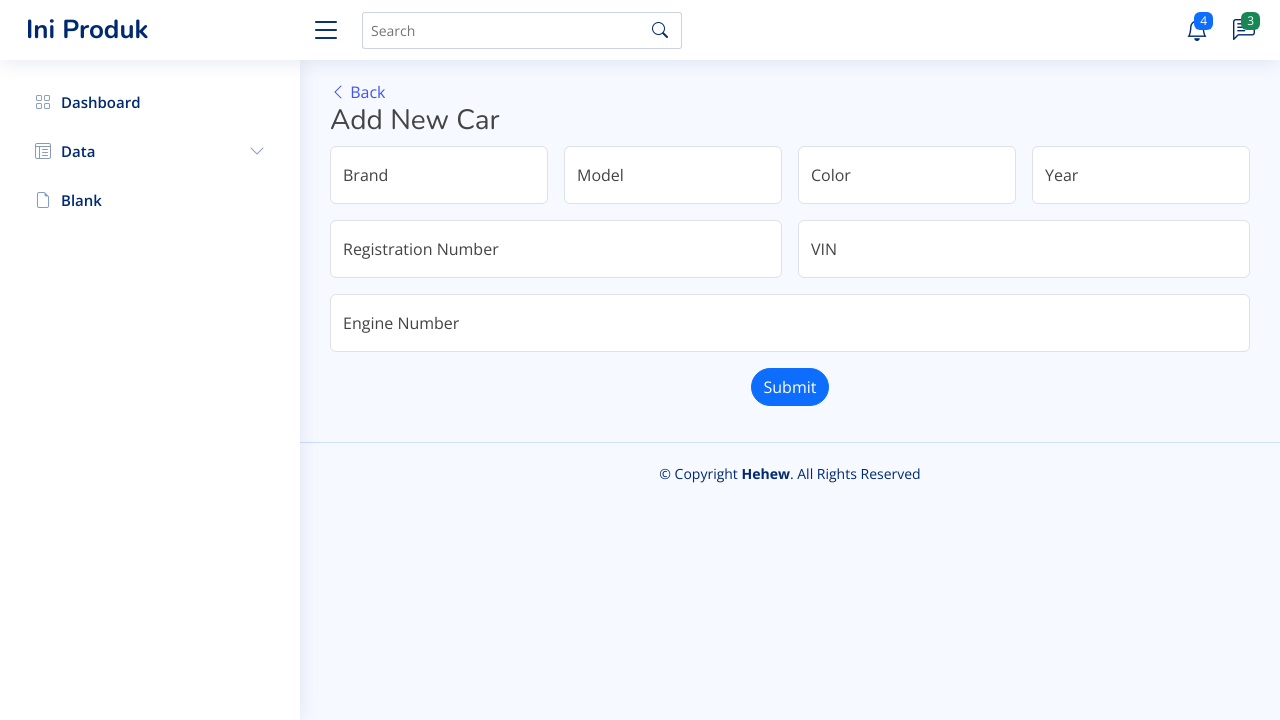
Repository: Jistoper/car_rental
Page: http://localhost/create
The author's editor kept a copy of each file at every save. The page is drawn from the files as they stood at one save, then again after the next save.
The browser window is 1280 px wide. The pictures show the whole page.
The page is served by the project's Laravel application, run on PHP 8.4 with Laravel 9. Other server files are loaded and not shown.

Above is the page before, as saved 2023-06-25 15:07:33.

### routes/web.php
<?php

use Illuminate\Support\Facades\Route;
use App\Http\Controllers\carcontroller;

/*
|--------------------------------------------------------------------------
| Web Routes
|--------------------------------------------------------------------------
|
| Here is where you can register web routes for your application. These
| routes are loaded by the RouteServiceProvider within a group which
| contains the "web" middleware group. Now create something great!
|
*/

Route::get('/dashboard', function () {
    return view('backsite.dashboard');
})->name('dashboard');

Route::controller(CarController::class)->as('car.')->group(function(){
    Route::get('/car', 'getall')->name('getall');
    Route::get('/create', 'create')->name('create');
    Route::post('/create', 'storeCar')->name('store');
    Route::get('/edit', 'editView')->name('edit');
    Route::post('/edit', 'storeEdit')->name('storeEdit');
    Route::delete('/{$car_id}', 'delete')->name('delete');

    Route::get('/rent', 'getList')->name('getList');
    Route::get('/rent_car', 'rentView')->name('rentView');
    Route::post('/car/rent/{$car_id}', 'storeRent')->name('storeRent');
});

### app/Http/Controllers/carcontroller.php
<?php

namespace App\Http\Controllers;

use Illuminate\Http\Request;
use Illuminate\Support\Facades\Http;
use Illuminate\Support\Facades\View;


class CarController extends Controller
{
    // Start Car Data---------------------------------------------------------------------------------------
    public function getall()
    {
        $response = Http::get('http://localhost:8080/api/cars');
        $cars = json_decode($response, true);

        return view('backsite.content.car.cartable', ['Cars' => $cars['Cars']]);
    }

    public function create()
    {
        return view('backsite.content.car.createcar');
    }

    public function storeCar(Request $request)
    {
        $data = [
            "brand" => $request->brand,
            "model" => $request->model,
            "year" => intval($request->year),
            "registration_number" => $request->registration_number,
            "vin" => $request->vin,
            "engine_number" => $request->engine_number,
            "color" => $request->color,
            "is_available" => true
        ];

        $token = "eyJhbGciOiJIUzI1NiIsInR5cCI6IkpXVCJ9.eyJleHAiOjE2ODkxNjgwMjMsInN1YiI6InRlc3QxMiJ9.-ezLSqJzIuUbum_p1NXeInNHkG953SP_4fMdbOgrlUo"; // Replace with your actual auth token

        $response = Http::withHeaders([
            "Authorization" => "Bearer " . $token,
            "Content-Type" => "application/json",
        ])->post('http://localhost:8080/api/cars', $data);

        return redirect()->route('car.getall');
    }

    public function editView(Request $request)
    {
        $data = [
            "car_id" => $request->car_id,
            "brand" => $request->brand,
            "model" => $request->model,
            "year" => $request->year,
            "registration_number" => $request->registration_number,
            "vin" => $request->vin,
            "engine_number" => $request->engine_number,
            "color" => $request->color,
        ];

        return view('backsite.content.car.editcar')->with('data', $data);
    }

    public function storeEdit(Request $request)
    {
        $car_id = $request->input('car_id');

        $data = [
            "brand" => $request->brand,
            "model" => $request->model,
            "year" => intval($request->year),
            "registration_number" => $request->registration_number,
            "vin" => $request->vin,
            "engine_number" => $request->engine_number,
            "color" => $request->color,
            "is_available" => true
        ];

        $token = "eyJhbGciOiJIUzI1NiIsInR5cCI6IkpXVCJ9.eyJleHAiOjE2ODkxNjgwMjMsInN1YiI6InRlc3QxMiJ9.-ezLSqJzIuUbum_p1NXeInNHkG953SP_4fMdbOgrlUo"; // Replace with your actual auth token

        $response = Http::withHeaders([
            "Authorization" => "Bearer " . $token,
            "Content-Type" => "application/json",
        ])->put('http://localhost:8080/api/cars/' . $car_id, $data);

        return redirect()->route('car.getall');
    }

    public function delete(Request $request)
    {
        $car_id = $request->input('car_id');

        $data = [
            "id" => $car_id,
        ];

        $token = "eyJhbGciOiJIUzI1NiIsInR5cCI6IkpXVCJ9.eyJleHAiOjE2ODkxNjgwMjMsInN1YiI6InRlc3QxMiJ9.-ezLSqJzIuUbum_p1NXeInNHkG953SP_4fMdbOgrlUo";

        $response = Http::withHeaders([
            "Authorization" => "Bearer " . $token,
            "Content-Type" => "application/json",
        ])->delete('http://localhost:8080/api/cars', $data);

        return redirect()->back()->with('success', 'Car data deleted successfully.');
    }
    // End Car Data

    // Start Rent Data----------------------------------------------------------------------------------
    public function getList()
    {
        $response = Http::get('http://localhost:8080/api/cars');
        $cars = json_decode($response, true);

        return view('backsite.content.rent.renttable', ['Cars' => $cars['Cars']]);
    }

    public function rentView(Request $request)
    {
        $data = [
            "car_id" => $request->car_id,
            "brand" => $request->brand,
            "model" => $request->model,
            "registration_number" => $request->registration_number,
            "color" => $request->color,
        ];

        return view('backsite.content.rent.createrent')->with('data', $data);
    }

    public function storeRent(Request $request)
    {
        $data = [
            "user_id" => 2,
            "car_id" => $request->input('car_id'),
            "usage_region" => $request->usage_region,
            "rental_date" => $request->registration_number,
            "return_date" => $request->vin,
            "total_price" => $request->total_price,
            "is_completed" => false
        ];

        $token = "eyJhbGciOiJIUzI1NiIsInR5cCI6IkpXVCJ9.eyJleHAiOjE2ODkxNjgwMjMsInN1YiI6InRlc3QxMiJ9.-ezLSqJzIuUbum_p1NXeInNHkG953SP_4fMdbOgrlUo"; // Replace with your actual auth token

        $response = Http::withHeaders([
            "Authorization" => "Bearer " . $token,
            "Content-Type" => "application/json",
        ])->put('http://localhost:8080/api/cars/' . $car_id, $data);

        return redirect()->route('car.getlist');
    }
    // End Rent Data
}

### resources/views/backsite/content/car/createcar.blade.php
@extends('backsite.dashboard')

@section('content')

<div>
    <div class="md-3">
        <div class="col-md-6">
          <a href="{{ route('car.getall') }}" class="btn-danger bi-chevron-left hover:text-red"> Back</a>
        </div>
        <div class="col-md-6">
          <h3 class="form-floating">
              Add New Car
          </h3>
        </div>
    </div>
    <form action="{{ route('car.store') }}" method="POST" class="row g-3">
        @csrf
        <div class="col-md-3">
            <div class="form-floating">
                <input type="text" name="brand" id="brand" class="form-control @error('brand') border-red-500 @enderror" value="{{ old('brand') }}" placeholder="Brand">
                <label for="brand">Brand</label>
            </div>
        </div>
        <div class="col-md-3">
            <div class="form-floating">
              <input type="text" name="model" id="model" class="form-control @error('model') border-red-500 @enderror" value="{{ old('model') }}" placeholder="Model">
              <label for="model">Model</label>
            </div>
        </div>
        <div class="col-md-3">
            <div class="form-floating">
                <input type="text" name="color" id="color" class="form-control @error('color') border-red-500 @enderror" value="{{ old('color') }}" placeholder="Color">
                <label for="color">Color</label>
            </div>
        </div>
        <div class="col-md-3">
            <div class="form-floating">
                <input type="text" name="year" id="year" class="form-control @error('year') border-red-500 @enderror" value="{{ old('year') }}" placeholder="Year">
                <label for="year">Year</label>
            </div>
        </div>
        <div class="col-md-6">
          <div class="form-floating">
            <input type="text" name="registration_number" id="registration_number" class="form-control @error('registration_number') border-red-500 @enderror" value="{{ old('registration_number') }}" placeholder="Registration Number">
            <label for="registration_number">Registration Number</label>
          </div>
        </div>
        <div class="col-md-6">
          <div class="col-md-12">
            <div class="form-floating">
                <input type="text" name="vin" id="vin" class="form-control @error('vin') border-red-500 @enderror" value="{{ old('vin') }}" placeholder="VIN">
              <label for="vin">VIN</label>
            </div>
          </div>
        </div>
        <div class="col-md-12">
          <div class="form-floating">
            <input type="text" name="engine_number" id="engine_number" class="form-control @error('engine_number') border-red-500 @enderror" value="{{ old('engine_number') }}" placeholder="Engine Number">
            <label for="engine_number">Engine Number</label>
          </div>
        </div>
        <div class="text-center mb-3">
            <button class="btn btn-primary rounded-pill" onclick="getContent()" type="submit">
                <span>
                    Submit
                </span>
            </button>
        </div>
      </form><!-- End floating Labels Form -->
</div>

@endsection

### resources/views/backsite/partials/sidebar.blade.php
<aside id="sidebar" class="sidebar">

    <ul class="sidebar-nav" id="sidebar-nav">

      <li class="nav-item">
        <a class="nav-link collapsed" href="{{ route('dashboard') }}">
          <i class="bi bi-grid"></i>
          <span>Dashboard</span>
        </a>
      </li><!-- End Dashboard Nav -->

      <li class="nav-item">
        <a class="nav-link collapsed" data-bs-target="#tables-nav" data-bs-toggle="collapse" href="#">
          <i class="bi bi-layout-text-window-reverse"></i><span>Data</span><i class="bi bi-chevron-down ms-auto"></i>
        </a>
        <ul id="tables-nav" class="nav-content collapse " data-bs-parent="#sidebar-nav">
          <li>
            <a href="{{ route('car.getall') }}">
              <i class="bi bi-circle"></i><span>Cars</span>
            </a>
          </li>
          <li>
            <a href="{{ route('car.getList') }}">
              <i class="bi bi-circle"></i><span>Rental</span>
            </a>
          </li>
        </ul>
      </li><!-- End Tables Nav -->

      {{-- <li class="nav-item">
        <a class="nav-link collapsed" data-bs-target="#forms-nav" data-bs-toggle="collapse" href="#">
          <i class="bi bi-journal-text"></i><span>Forms</span><i class="bi bi-chevron-down ms-auto"></i>
        </a>
        <ul id="forms-nav" class="nav-content collapse " data-bs-parent="#sidebar-nav">
          <li>
            <a href="forms-elements.html">
              <i class="bi bi-circle"></i><span>Form Elements</span>
            </a>
          </li>
          <li>
            <a href="forms-layouts.html">
              <i class="bi bi-circle"></i><span>Form Layouts</span>
            </a>
          </li>
          <li>
            <a href="forms-editors.html">
              <i class="bi bi-circle"></i><span>Form Editors</span>
            </a>
          </li>
          <li>
            <a href="forms-validation.html">
              <i class="bi bi-circle"></i><span>Form Validation</span>
            </a>
          </li>
        </ul>
      </li>

      <li class="nav-item">
        <a class="nav-link collapsed" data-bs-target="#icons-nav" data-bs-toggle="collapse" href="#">
          <i class="bi bi-gem"></i><span>Icons</span><i class="bi bi-chevron-down ms-auto"></i>
        </a>
        <ul id="icons-nav" class="nav-content collapse " data-bs-parent="#sidebar-nav">
          <li>
            <a href="icons-bootstrap.html">
              <i class="bi bi-circle"></i><span>Bootstrap Icons</span>
            </a>
          </li>
          <li>
            <a href="icons-remix.html">
              <i class="bi bi-circle"></i><span>Remix Icons</span>
            </a>
          </li>
          <li>
            <a href="icons-boxicons.html">
              <i class="bi bi-circle"></i><span>Boxicons</span>
            </a>
          </li>
        </ul>
      </li>

      <li class="nav-heading">Pages</li>

      <li class="nav-item">
        <a class="nav-link collapsed" href="users-profile.html">
          <i class="bi bi-person"></i>
          <span>Profile</span>
        </a>
      </li>

      <li class="nav-item">
        <a class="nav-link collapsed" href="pages-faq.html">
          <i class="bi bi-question-circle"></i>
          <span>F.A.Q</span>
        </a>
      </li>

      <li class="nav-item">
        <a class="nav-link collapsed" href="pages-contact.html">
          <i class="bi bi-envelope"></i>
          <span>Contact</span>
        </a>
      </li>

      <li class="nav-item">
        <a class="nav-link collapsed" href="pages-register.html">
          <i class="bi bi-card-list"></i>
          <span>Register</span>
        </a>
      </li>

      <li class="nav-item">
        <a class="nav-link collapsed" href="pages-login.html">
          <i class="bi bi-box-arrow-in-right"></i>
          <span>Login</span>
        </a>
      </li>

      <li class="nav-item">
        <a class="nav-link collapsed" href="pages-error-404.html">
          <i class="bi bi-dash-circle"></i>
          <span>Error 404</span>
        </a>
      </li> --}}

      <li class="nav-item">
        <a class="nav-link collapsed" href="pages-blank.html">
          <i class="bi bi-file-earmark"></i>
          <span>Blank</span>
        </a>
      </li>

    </ul>

  </aside><!-- End Sidebar-->

### public/assets/simple-datatables/style.css
.datatable-wrapper.no-header .datatable-container {
	border-top: 1px solid #d9d9d9;
}

.datatable-wrapper.no-footer .datatable-container {
	border-bottom: 1px solid #d9d9d9;
}

.datatable-top,
.datatable-bottom {
	padding: 8px 10px;
}

.datatable-top > nav:first-child,
.datatable-top > div:first-child,
.datatable-bottom > nav:first-child,
.datatable-bottom > div:first-child {
	float: left;
}

.datatable-top > nav:last-child,
.datatable-top > div:last-child,
.datatable-bottom > nav:last-child,
.datatable-bottom > div:last-child {
	float: right;
}

.datatable-selector {
	padding: 6px;
}

.datatable-input {
	padding: 6px 12px;
}

.datatable-info {
	margin: 7px 0;
}

/* PAGER */
.datatable-pagination ul {
	margin: 0;
	padding-left: 0;
}

.datatable-pagination li {
	list-style: none;
	float: left;
}

.datatable-pagination li.datatable-hidden {
    visibility: hidden;
}

.datatable-pagination a {
	border: 1px solid transparent;
	float: left;
	margin-left: 2px;
	padding: 6px 12px;
	position: relative;
	text-decoration: none;
	color: #333;
    cursor: pointer;
}

.datatable-pagination a:hover {
	background-color: #d9d9d9;
}

.datatable-pagination .datatable-active a,
.datatable-pagination .datatable-active a:focus,
.datatable-pagination .datatable-active a:hover {
	background-color: #d9d9d9;
	cursor: default;
}

.datatable-pagination .datatable-ellipsis a,
.datatable-pagination .datatable-disabled a,
.datatable-pagination .datatable-disabled a:focus,
.datatable-pagination .datatable-disabled a:hover {
    pointer-events: none;
    cursor: default;
}

.datatable-pagination .datatable-disabled a,
.datatable-pagination .datatable-disabled a:focus,
.datatable-pagination .datatable-disabled a:hover {
	cursor: not-allowed;
	opacity: 0.4;
}

.datatable-pagination .datatable-pagination a {
	font-weight: bold;
}

/* TABLE */
.datatable-table {
	max-width: 100%;
	width: 100%;
	border-spacing: 0;
	border-collapse: separate;
}

.datatable-table > tbody > tr > td,
.datatable-table > tbody > tr > th,
.datatable-table > tfoot > tr > td,
.datatable-table > tfoot > tr > th,
.datatable-table > thead > tr > td,
.datatable-table > thead > tr > th {
	vertical-align: top;
	padding: 8px 10px;
}

.datatable-table > thead > tr > th {
	vertical-align: bottom;
	text-align: left;
	border-bottom: 1px solid #d9d9d9;
}

.datatable-table > tfoot > tr > th {
	vertical-align: bottom;
	text-align: left;
	border-top: 1px solid #d9d9d9;
}

.datatable-table th {
	vertical-align: bottom;
	text-align: left;
}

.datatable-table th a {
	text-decoration: none;
	color: inherit;
}

.datatable-sorter, .datatable-filter {
	display: inline-block;
	height: 100%;
	position: relative;
	width: 100%;
}

.datatable-sorter::before,
.datatable-sorter::after {
	content: "";
	height: 0;
	width: 0;
	position: absolute;
	right: 4px;
	border-left: 4px solid transparent;
	border-right: 4px solid transparent;
	opacity: 0.2;
}


.datatable-sorter::before {
	border-top: 4px solid #000;
	bottom: 0px;
}

.datatable-sorter::after {
	border-bottom: 4px solid #000;
	border-top: 4px solid transparent;
	top: 0px;
}

.datatable-ascending .datatable-sorter::after,
.datatable-descending .datatable-sorter::before,
.datatable-ascending .datatable-filter::after,
.datatable-descending .datatable-filter::before {
	opacity: 0.6;
}

.datatable-filter::before {
    content: "";
    position: absolute;
    right: 4px;
    opacity: 0.2;
    width: 0;
    height: 0;
    border-left: 7px solid transparent;
    border-right: 7px solid transparent;
	border-radius: 50%;
    border-top: 10px solid #000;
    top: 25%;
}

.datatable-filter-active .datatable-filter::before {
    opacity: 0.6;
}

.datatable-empty {
	text-align: center;
}

.datatable-top::after, .datatable-bottom::after {
	clear: both;
	content: " ";
	display: table;
}

table.datatable-table:focus tr.datatable-cursor > td:first-child {
	border-left: 3px blue solid;
}

table.datatable-table:focus {
	outline: solid 1px black;
    outline-offset: -1px;
}

Loaded but not shown: app/Http/Controllers/Controller.php (common file); public/assets/bootstrap/css/bootstrap.min.css (library); public/assets/bootstrap-icons/bootstrap-icons.css (library); public/assets/boxicons/css/boxicons.min.css (library); public/assets/apexcharts/apexcharts.min.js (library); public/assets/bootstrap/js/bootstrap.bundle.min.js (library); public/assets/chart.js/chart.umd.js (library); public/assets/echarts/echarts.min.js (library); public/assets/quill/quill.min.js (library); public/assets/simple-datatables/simple-datatables.js (library); public/assets/tinymce/tinymce.min.js (library); public/js/main.js (321 lines, source omitted); public/assets/php-email-form/validate.js (85 lines, source omitted); public/assets/remixicon/remixicon.css (2526 lines, source omitted); resources/views/backsite/dashboard.blade.php (740 lines, source omitted); public/assets/quill/quill.bubble.css (952 lines, source omitted); public/assets/quill/quill.snow.css (945 lines, source omitted); public/css/style.css (1233 lines, source omitted); resources/views/backsite/partials/header.blade.php (225 lines, source omitted)

After the next save:
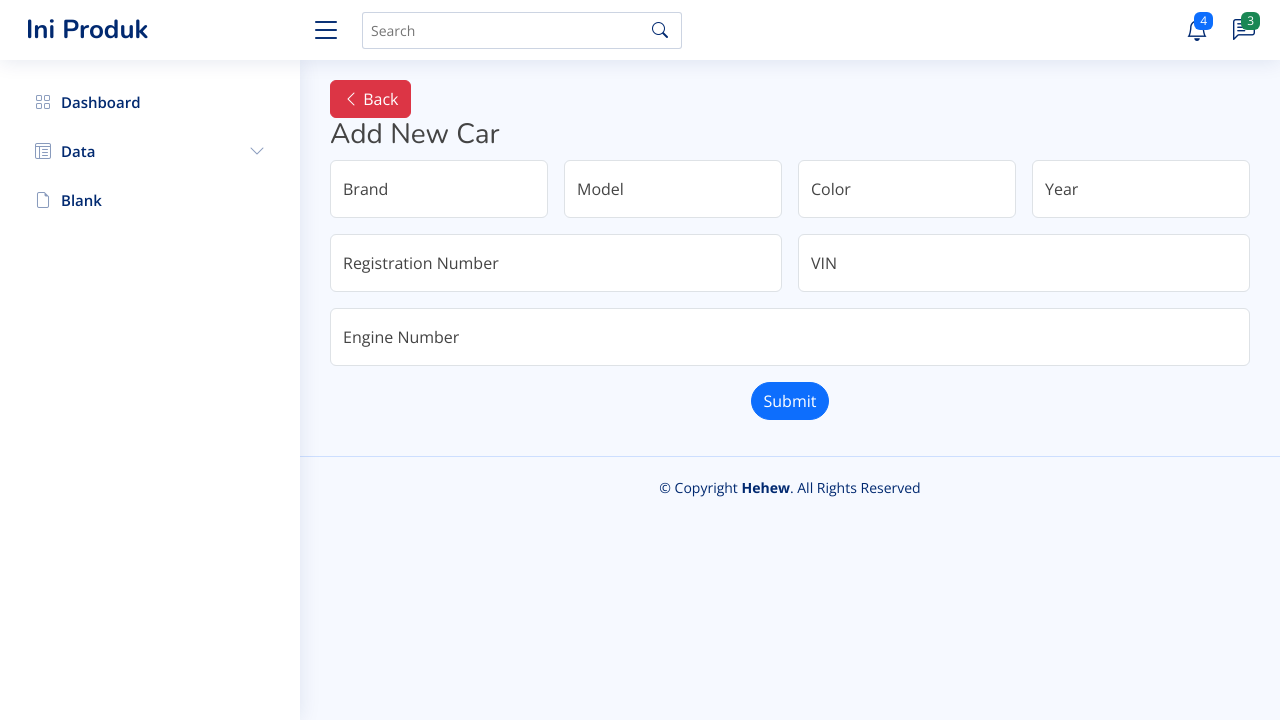
Saved 43 s later.
--- a/resources/views/backsite/content/car/createcar.blade.php
+++ b/resources/views/backsite/content/car/createcar.blade.php
@@ -5,7 +5,7 @@
 <div>
     <div class="md-3">
         <div class="col-md-6">
-          <a href="{{ route('car.getall') }}" class="btn-danger bi-chevron-left hover:text-red"> Back</a>
+          <a href="{{ route('car.getall') }}" class="btn btn-danger bi-chevron-left"> Back</a>
         </div>
         <div class="col-md-6">
           <h3 class="form-floating">
